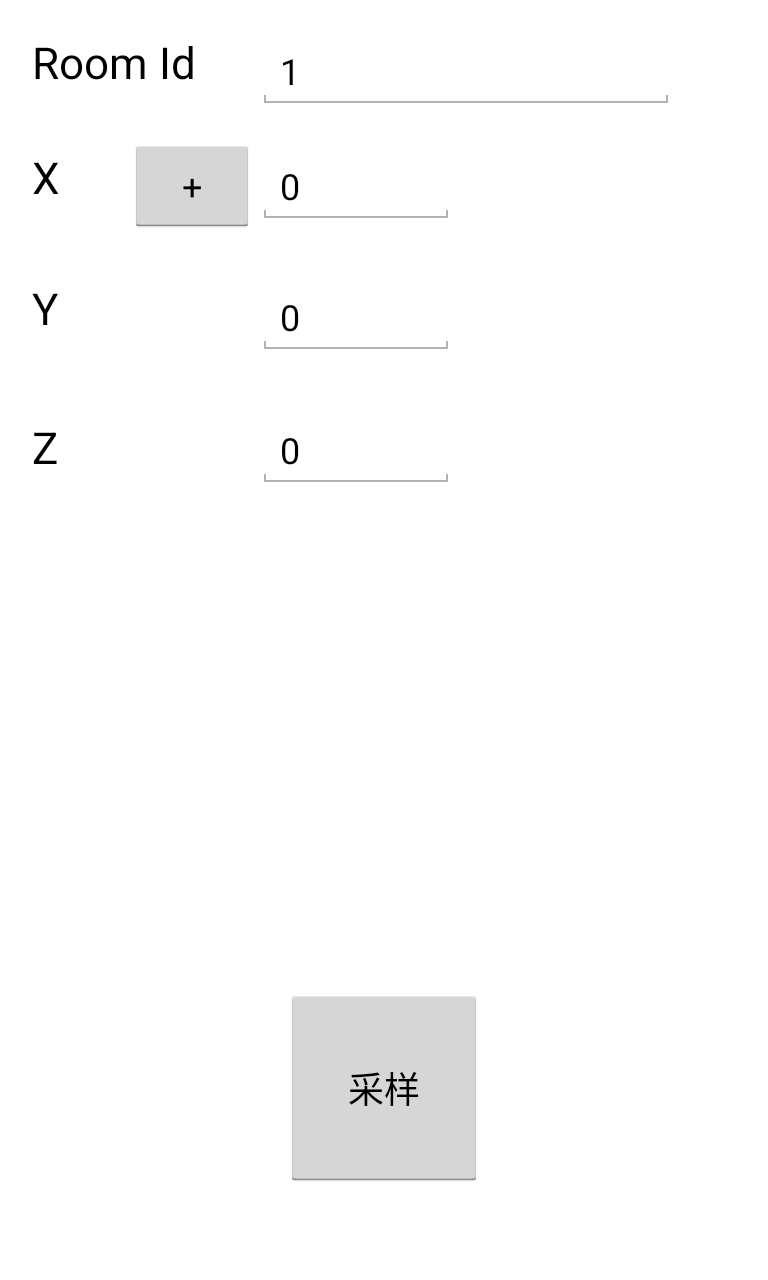
Repository: RenchuSong/tMap_Android
Layout: tmap_model_tool/res/layout/wifi_conllector.xml
The author's editor kept a copy of each file at every save. The layout is drawn from the files as they stood at one save, then again after the next save.
It is drawn on a 768 x 1280 px phone screen (xhdpi) without system bars, with theme AppTheme; the app's code is not run.

Above is the layout before, as saved 2014-04-20 11:45:07.

### tmap_model_tool/res/layout/wifi_conllector.xml
<RelativeLayout xmlns:android="http://schemas.android.com/apk/res/android"
    xmlns:tools="http://schemas.android.com/tools"
    android:layout_width="match_parent"
    android:layout_height="match_parent"
    android:paddingBottom="@dimen/activity_vertical_margin"
    android:paddingLeft="@dimen/activity_horizontal_margin"
    android:paddingRight="@dimen/activity_horizontal_margin"
    android:paddingTop="@dimen/activity_vertical_margin"
    tools:context=".WifiCollector" >

    <TextView
        android:id="@+id/textView1"
        android:layout_width="wrap_content"
        android:layout_height="wrap_content"
        android:layout_alignParentLeft="true"
        android:layout_alignParentTop="true"
        android:text="Room Id"
        android:textAppearance="?android:attr/textAppearanceLarge" />

    <TextView
        android:id="@+id/textView2"
        android:layout_width="wrap_content"
        android:layout_height="wrap_content"
        android:layout_alignLeft="@+id/textView1"
        android:layout_below="@+id/textView1"
        android:layout_marginTop="28dp"
        android:text="X"
        android:textAppearance="?android:attr/textAppearanceLarge" />

    <TextView
        android:id="@+id/textView3"
        android:layout_width="wrap_content"
        android:layout_height="wrap_content"
        android:layout_alignLeft="@+id/textView2"
        android:layout_below="@+id/textView2"
        android:layout_marginTop="36dp"
        android:text="Y"
        android:textAppearance="?android:attr/textAppearanceLarge" />

    <TextView
        android:id="@+id/textView4"
        android:layout_width="wrap_content"
        android:layout_height="wrap_content"
        android:layout_alignLeft="@+id/textView3"
        android:layout_below="@+id/textView3"
        android:layout_marginTop="40dp"
        android:text="Z"
        android:textAppearance="?android:attr/textAppearanceLarge" />

    <EditText
        android:id="@+id/roomId"
        android:layout_width="wrap_content"
        android:layout_height="wrap_content"
        android:layout_marginLeft="30dp"
        android:layout_toRightOf="@+id/textView1"
        android:ems="10"
        android:text="1" >

    </EditText>

    <EditText
        android:id="@+id/x"
        android:layout_width="100dp"
        android:layout_height="wrap_content"
        android:layout_alignLeft="@+id/roomId"
        android:layout_alignTop="@+id/textView2"
        android:ems="10"
        android:text="0"  />

    <EditText
        android:id="@+id/y"
        android:layout_width="100dp"
        android:layout_height="wrap_content"
        android:layout_alignLeft="@+id/x"
        android:layout_alignTop="@+id/textView3"
        android:ems="10"
        android:text="0" >

    </EditText>

    <EditText
        android:id="@+id/z"
        android:layout_width="100dp"
        android:layout_height="wrap_content"
        android:layout_alignBaseline="@+id/textView4"
        android:layout_alignBottom="@+id/textView4"
        android:layout_alignLeft="@+id/y"
        android:ems="10"
        android:text="0" />

    <Button
        android:id="@+id/button1"
        android:layout_width="100dp"
        android:layout_height="100dp"
        android:layout_alignParentBottom="true"
        android:layout_centerHorizontal="true"
        android:layout_marginBottom="30dp"
        android:text="采样" />

    <Button
        android:id="@+id/up_x"
        android:layout_width="wrap_content"
        android:layout_height="wrap_content"
        android:layout_alignBaseline="@+id/x"
        android:layout_alignBottom="@+id/x"
        android:layout_toLeftOf="@+id/x"
        android:text="+" />

</RelativeLayout>

Loaded but not shown: tmap_model_tool/res/values/styles.xml (common file); tmap_model_tool/res/values-v11/styles.xml (common file); tmap_model_tool/res/values-v14/styles.xml (common file); tmap_model_tool/res/values/dimens.xml (common file)

After the next save:
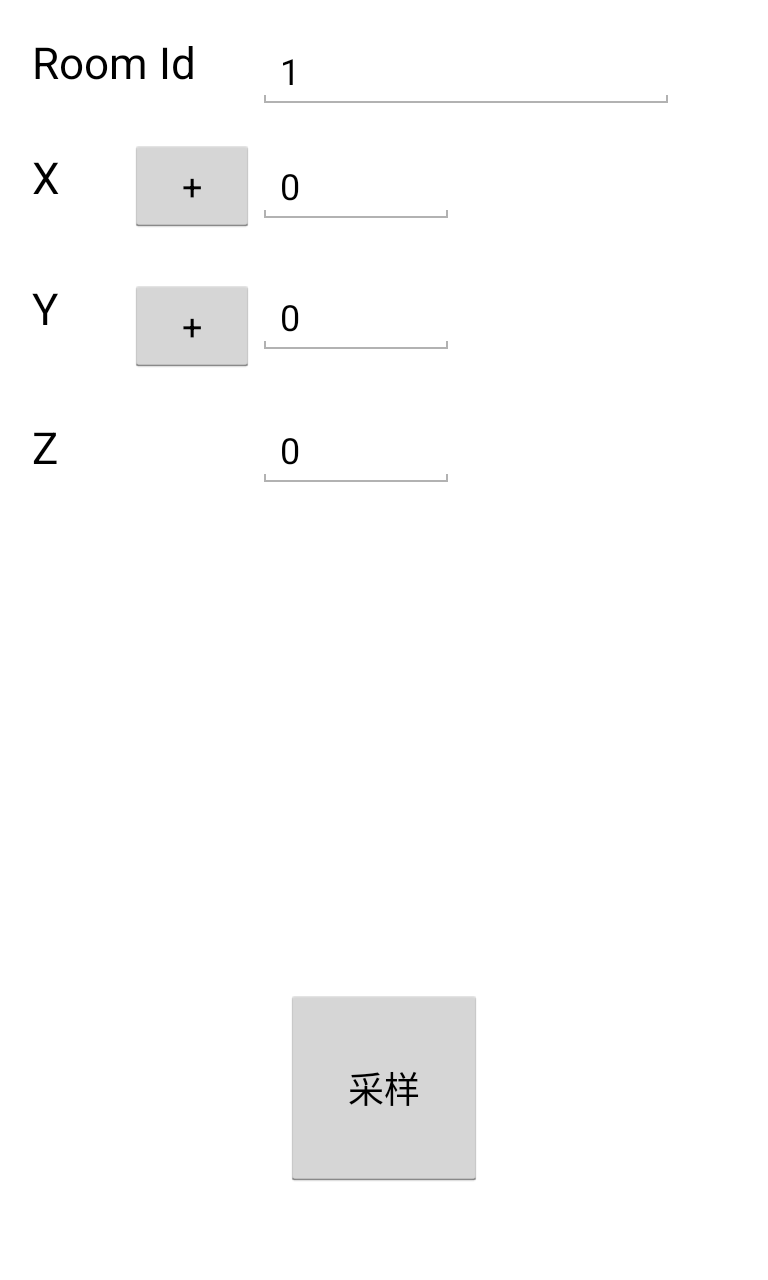
Saved 51 s later.
--- a/tmap_model_tool/res/layout/wifi_conllector.xml
+++ b/tmap_model_tool/res/layout/wifi_conllector.xml
@@ -106,4 +106,12 @@
         android:layout_toLeftOf="@+id/x"
         android:text="+" />
 
+    <Button
+        android:id="@+id/up_y"
+        android:layout_width="wrap_content"
+        android:layout_height="wrap_content"
+        android:layout_alignLeft="@+id/up_x"
+        android:layout_alignTop="@+id/y"
+        android:text="+" />
+
 </RelativeLayout>
